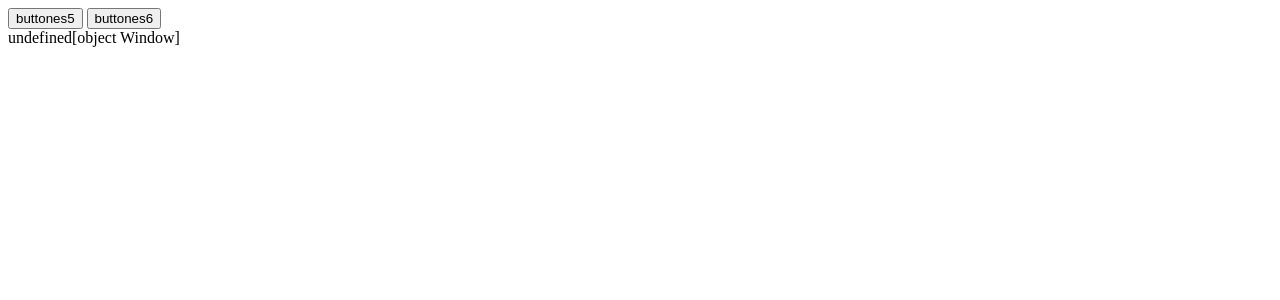
Repository: motiejus1/08-paskaita-JS
Page: index.html
An editor plug-in stored every save of this project. The page is shown before and after the next save, followed by the edit.
The browser window is 1280 px wide. The pictures show the whole page.

Above is the page before, as saved 2021-06-17 12:01:20.
Console error: TypeError: Failed to execute 'addEventListener' on 'EventTarget': parameter 2 is not of type 'Object'.

After the next save:
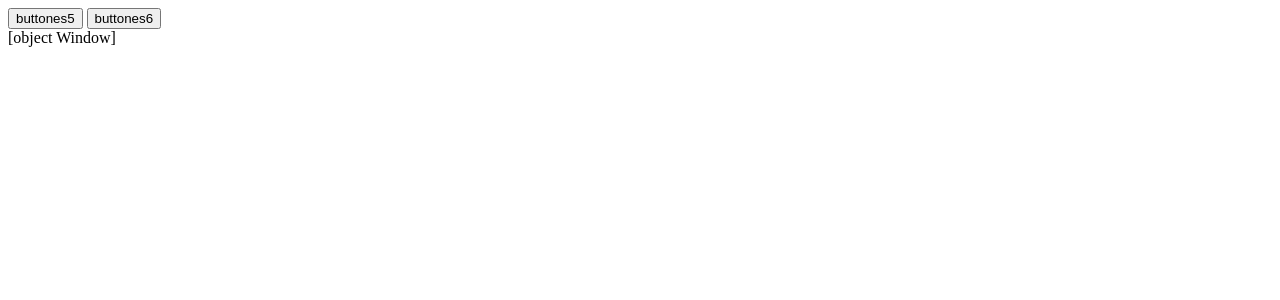
The error is gone.
Saved 4 s later.
--- a/script.js
+++ b/script.js
@@ -78,4 +78,4 @@ let funkcijaes6 = () => {
 }
 
 window.addEventListener("load", funkcijaes5);
-document.getElementById("buttones5").addEventListener("click", daugybaes5(2,4) );
+document.getElementById("buttones5").addEventListener("click", funkcijaes5 );
